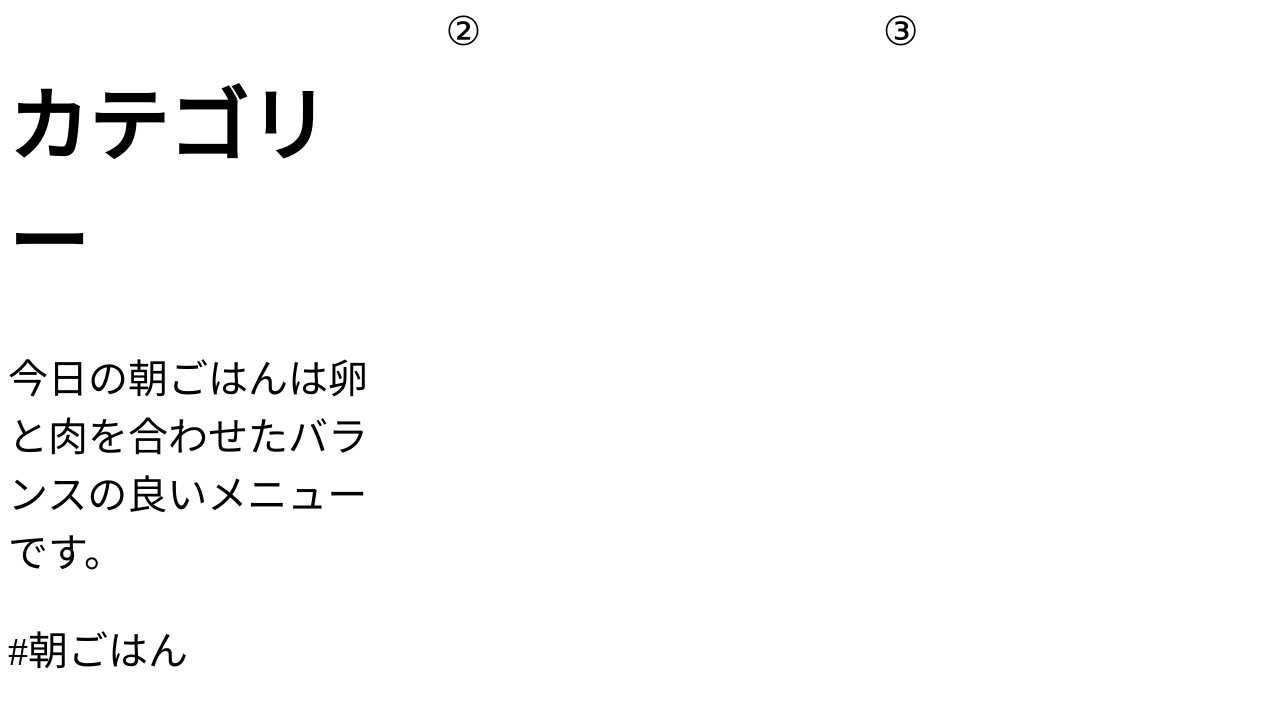
Repository: 9136424556/todo01
Page: coachtech/html-css/css1-17問.html
An editor plug-in stored every save of this project. The page is shown before and after the next save, followed by the edit.
The browser window is 1280 px wide. The pictures show the whole page.

Above is the page before, as saved 2023-12-01 04:47:54.

After the next save:
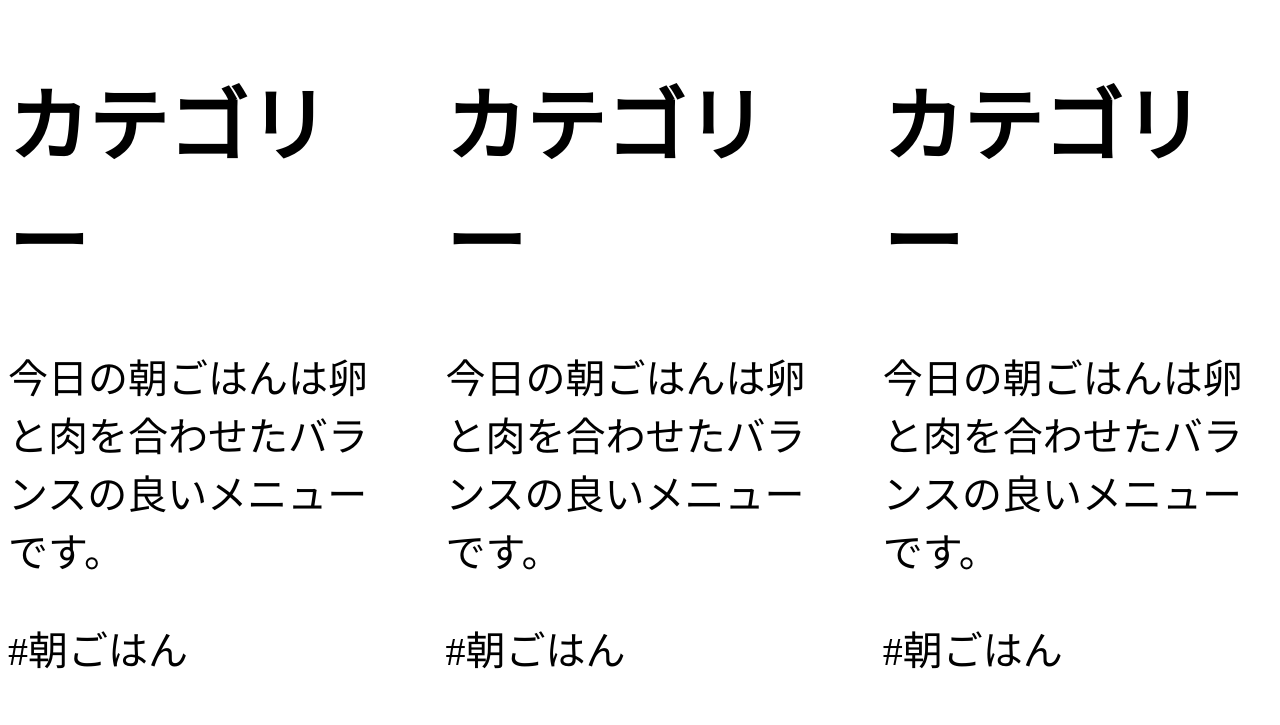
Saved 85 s later.
--- a/coachtech/html-css/css1-17問.html
+++ b/coachtech/html-css/css1-17問.html
@@ -5,6 +5,14 @@
         <p class="cord-dl">今日の朝ごはんは卵と肉を合わせたバランスの良いメニューです。</p>
         <p class="cord-tag">#朝ごはん</p>
     </div>
-    <div class="box">②</div>
-    <div class="box">③</div>
+    <div class="box">
+        <h1 class="cord-title">カテゴリー</h1>
+        <p class="cord-dl">今日の朝ごはんは卵と肉を合わせたバランスの良いメニューです。</p>
+        <p class="cord-tag">#朝ごはん</p>
+    </div>
+    <div class="box">
+        <h1 class="cord-title">カテゴリー</h1>
+        <p class="cord-dl">今日の朝ごはんは卵と肉を合わせたバランスの良いメニューです。</p>
+        <p class="cord-tag">#朝ごはん</p>
+    </div>
 </div>
